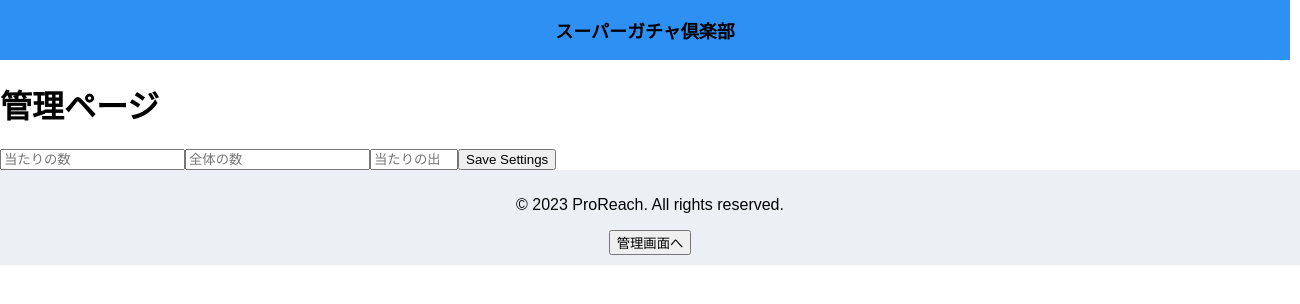
Repository: kskw0000/gggacha
Page: /admin (app in fronted/)
The author's editor kept a copy of each file at every save. The page is drawn from the files as they stood at one save, then again after the next save.
The browser window is 1280 px wide. The page is 1300 px wide, so the pictures cover 1300 px, including what lies to the right of the window. The pictures show the whole page.
The page's requests for data from a server got no answer. The project was rebuilt for these pictures with package versions that can differ from the ones it lists, and the page was loaded fresh each time. No one was signed in, and anything a server would have sent is missing. Also part of the build but not shown: fronted/src/components/css/GachaMachine.css, fronted/src/components/parts/GachaMachine.js, fronted/src/components/pages/Gacha.js, fronted/src/components/css/WinnerPage.css, fronted/src/components/pages/WinnerPage.js.

Above is the page before, as saved 2023-07-02 11:38:01.

After the next save:
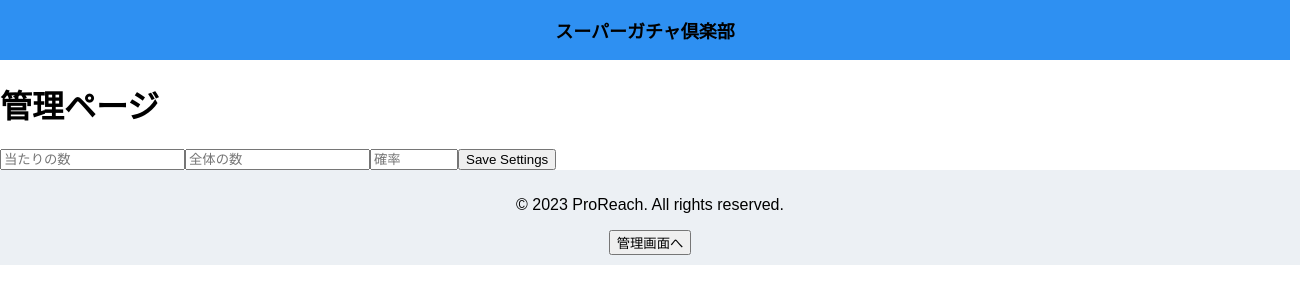
Saved 10 s later.
--- a/fronted/src/components/pages/Admin.js
+++ b/fronted/src/components/pages/Admin.js
@@ -45,7 +45,7 @@ const Admin = () => {
       <h1>管理ページ</h1>
       <input type="number" value={availableWins} onChange={(e) => setAvailableWins(e.target.value)} placeholder="当たりの数" />
       <input type="number" value={availableRolls} onChange={(e) => setAvailableRolls(e.target.value)} placeholder="全体の数" />
-      <input type="number" value={winProbability} onChange={(e) => setWinProbability(e.target.value)} placeholder="当たりの出る確率" min="0" max="100" step="0.01"/>
+      <input type="number" value={winProbability} onChange={(e) => setWinProbability(e.target.value)} placeholder="確率" min="0" max="100" step="0.01"/>
       <button onClick={handleSave}>Save Settings</button>
     </div>
   );
